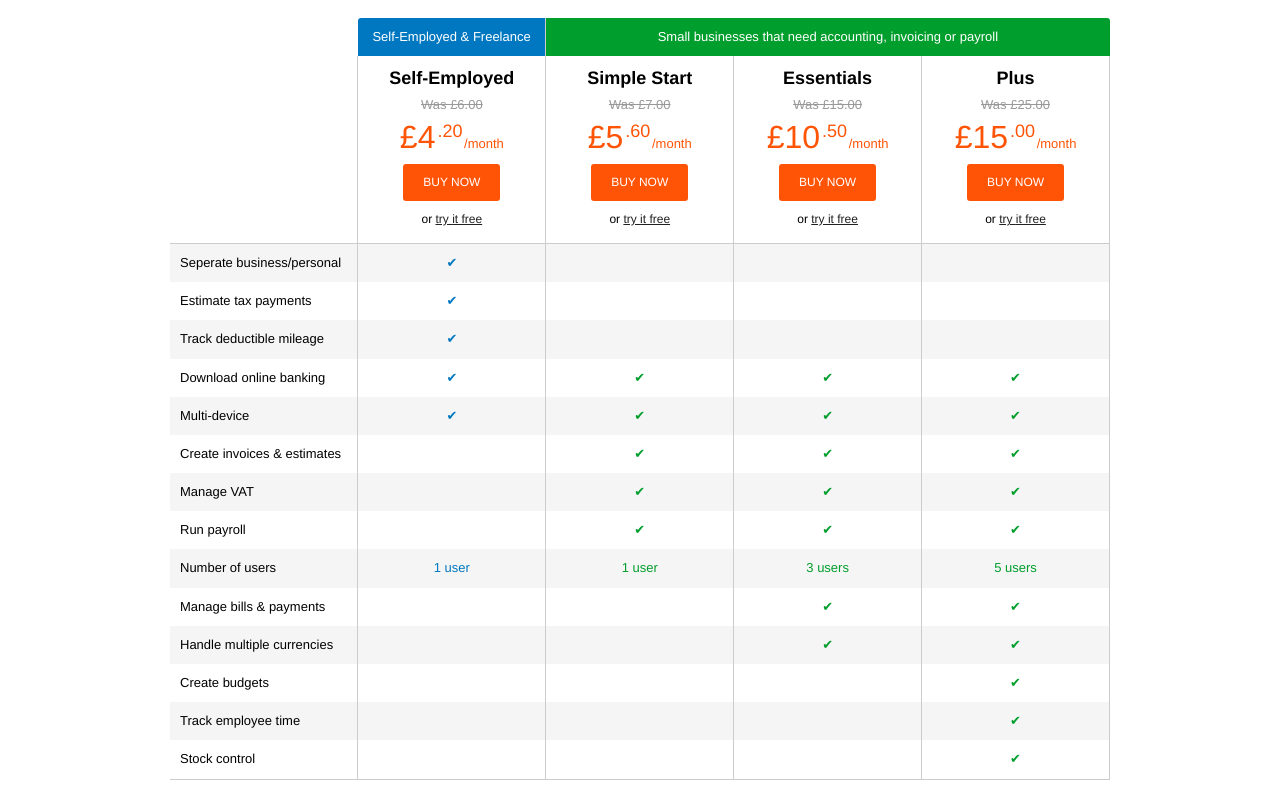
Repository: piyu-sh/product-comparison-page
Page: index.html
The author's editor kept a copy of each file at every save. The page is drawn from the files as they stood at one save, then again after the next save.
The browser window is 1280 px wide. The pictures show the whole page.
The page's requests for data from a server got no answer.

Above is the page before, as saved 2018-12-01 12:13:49.

After the next save:
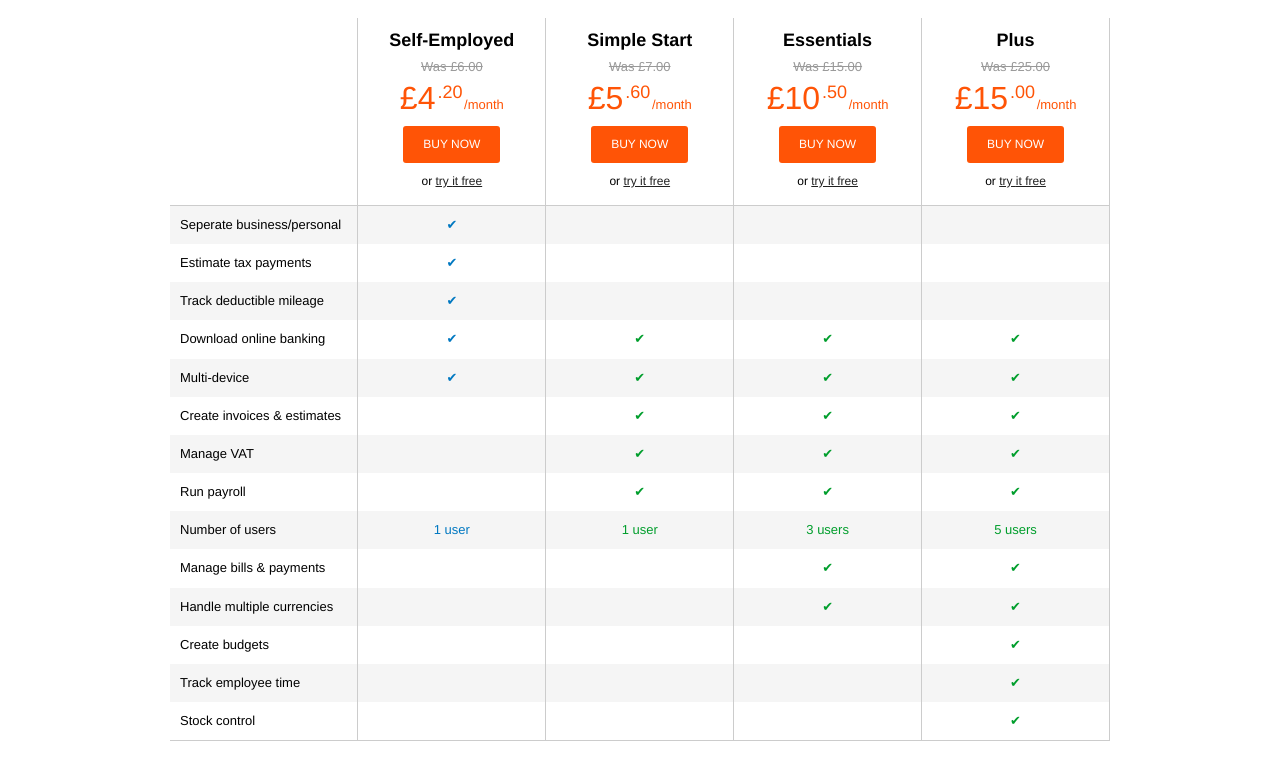
Saved 4 min 45 s later.
--- a/index.html
+++ b/index.html
@@ -27,15 +27,6 @@
     <table>
       <thead>
         <tr>
-          <th class="tl tl2"></th>
-          <th class="qbse">
-            Self-Employed & Freelance
-          </th>
-          <th colspan="3" class="qbo">
-            Small businesses that need accounting, invoicing or payroll
-          </th>
-        </tr>
-        <tr>
           <th class="tl"></th>
           <th class="compare-heading">
             Self-Employed

After the 2 saves that followed:
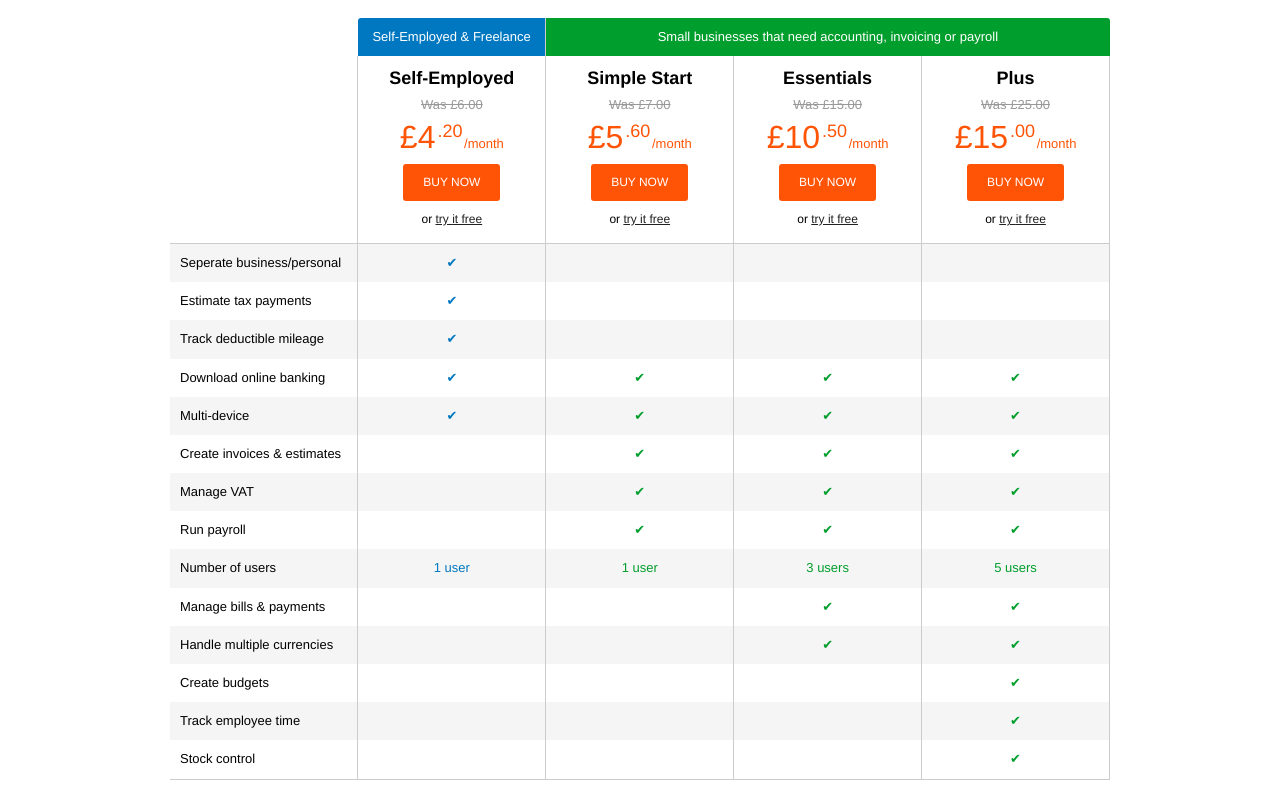
The 2 saves are shown as one change because 1 left the picture as it was.
The last was saved 15 s later.
--- a/index.html
+++ b/index.html
@@ -27,6 +27,15 @@
     <table>
       <thead>
         <tr>
+          <th class="tl tl2"></th>
+          <th class="qbse">
+            Self-Employed & Freelance
+          </th>
+          <th colspan="3" class="qbo">
+            Small businesses that need accounting, invoicing or payroll
+          </th>
+        </tr>
+        <tr>
           <th class="tl"></th>
           <th class="compare-heading">
             Self-Employed
